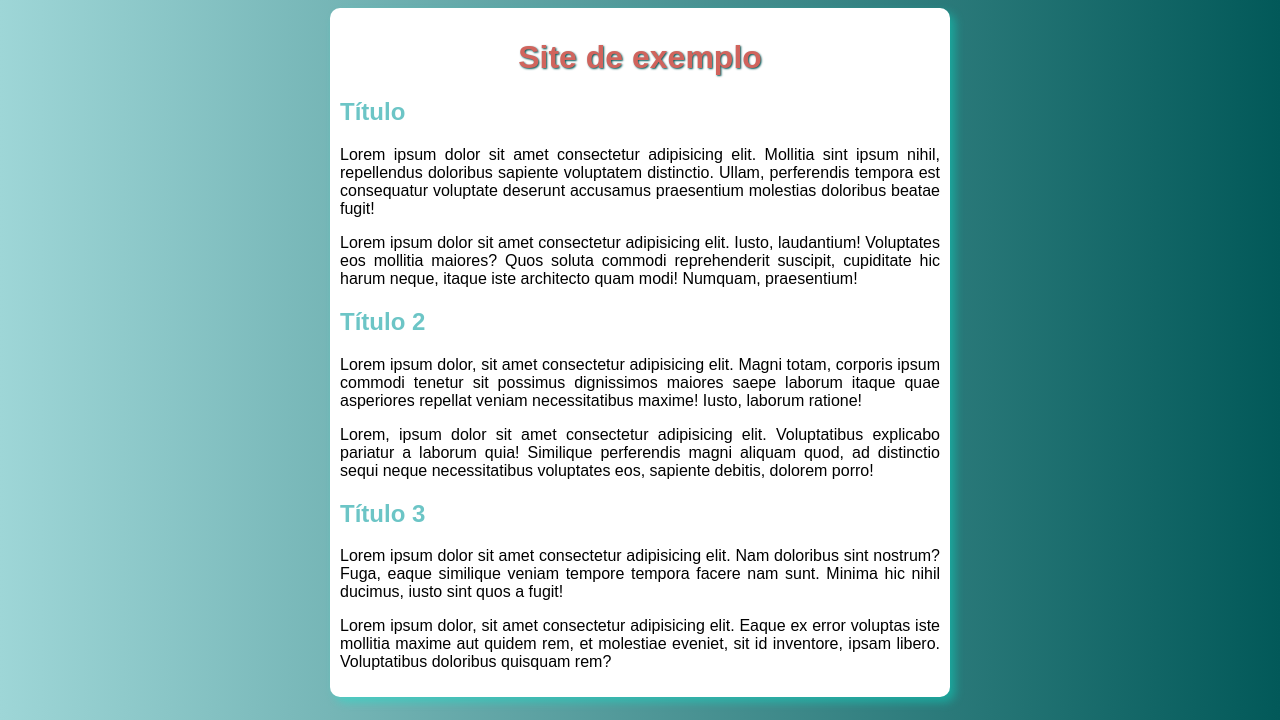
Repository: pheonix5/Estudo
Page: html-css/exercicios/ex016/cor03.html
An editor plug-in stored every save of this project. The page is shown before and after a run of saves, followed by the edit.
The browser window is 1280 px wide. The pictures show the whole page.

Above is the page before, as saved 2023-08-10 21:57:19.

### html-css/exercicios/ex016/cor03.html
<!DOCTYPE html>
<html lang="pt-br">
<head>
  <meta charset="UTF-8">
  <meta name="viewport" content="width=device-width, initial-scale=1.0">
  <title>Site de exemplo</title>
  <link rel="stylesheet" href="style.css">
</head>
<body>
  <main>
    <h1>Site de exemplo</h1>
    <h2>Título</h2>
    <p>Lorem ipsum dolor sit amet consectetur adipisicing elit. Mollitia sint ipsum nihil, repellendus doloribus sapiente voluptatem distinctio. Ullam, perferendis tempora est consequatur voluptate deserunt accusamus praesentium molestias doloribus beatae fugit!</p>
    <p>Lorem ipsum dolor sit amet consectetur adipisicing elit. Iusto, laudantium! Voluptates eos mollitia maiores? Quos soluta commodi reprehenderit suscipit, cupiditate hic harum neque, itaque iste architecto quam modi! Numquam, praesentium!</p>

    <h2>Título 2</h2>
    <p>Lorem ipsum dolor, sit amet consectetur adipisicing elit. Magni totam, corporis ipsum commodi tenetur sit possimus dignissimos maiores saepe laborum itaque quae asperiores repellat veniam necessitatibus maxime! Iusto, laborum ratione!</p>
    <p>Lorem, ipsum dolor sit amet consectetur adipisicing elit. Voluptatibus explicabo pariatur a laborum quia! Similique perferendis magni aliquam quod, ad distinctio sequi neque necessitatibus voluptates eos, sapiente debitis, dolorem porro!</p>
    <h2>Título 3</h2>
    <p>Lorem ipsum dolor sit amet consectetur adipisicing elit. Nam doloribus sint nostrum? Fuga, eaque similique veniam tempore tempora facere nam sunt. Minima hic nihil ducimus, iusto sint quos a fugit!</p>
    <p>Lorem ipsum dolor, sit amet consectetur adipisicing elit. Eaque ex error voluptas iste mollitia maxime aut quidem rem, et molestiae eveniet, sit id inventore, ipsam libero. Voluptatibus doloribus quisquam rem?</p>
  </main>
</body>
</html>

### html-css/exercicios/ex016/style.css
@charset "UTF-8";

*{
  font-family: Arial, Helvetica, sans-serif;
  /* height: 100%; */
}

body{
  background-image: linear-gradient(to right, #9ED6D7 , #025959 );
}

main{
  background-color: #FFF;
  border-radius: 10px;
  box-shadow: 5px 5px 10px rgba(0, 245, 216, 0.384);
  width: 600px;
  padding: 10px;
  margin: auto;
}

h1{
  color: #D1645D;
  text-align: center;
  text-shadow: 1px 1px 2px #025959;
}

h2{
  color: #6CC5C6;
}

p{
  text-align: justify;
}

After the next 2 saves:
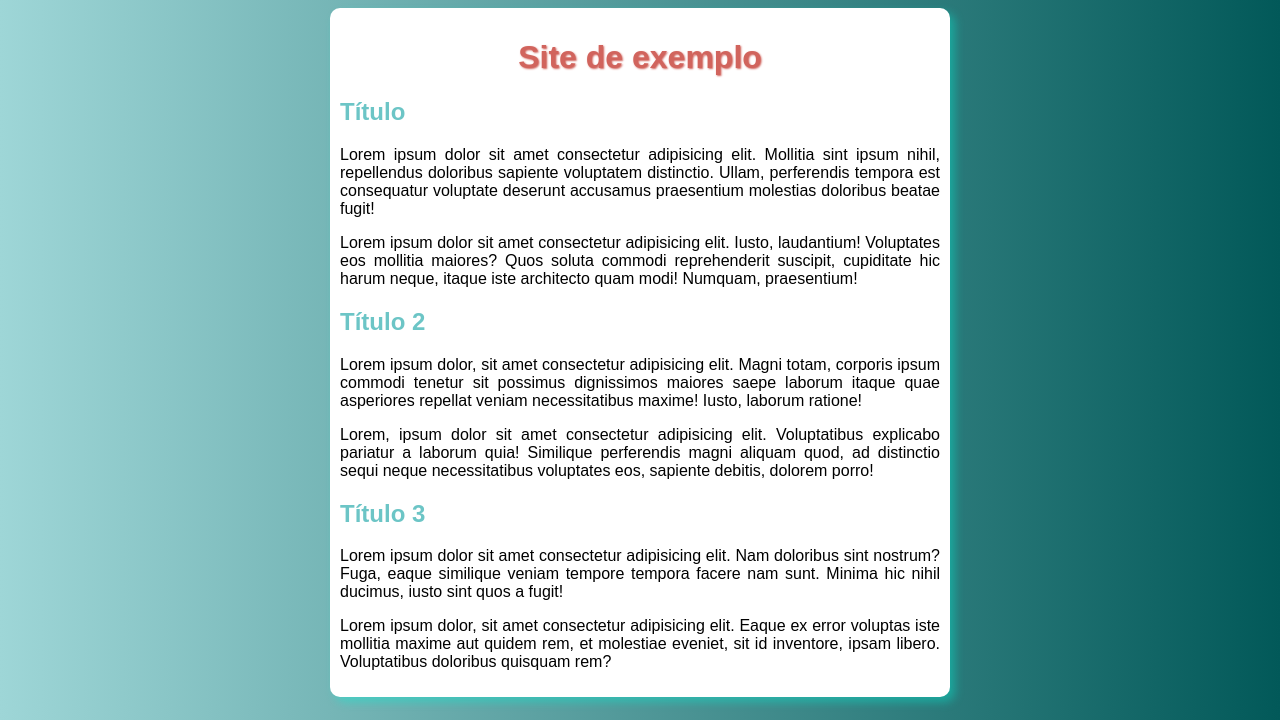
The 2 saves are shown as one change because they came seconds apart.
The last was saved 54 s later.
--- a/html-css/exercicios/ex016/style.css
+++ b/html-css/exercicios/ex016/style.css
@@ -21,7 +21,7 @@ main{
 h1{
   color: #D1645D;
   text-align: center;
-  text-shadow: 1px 1px 2px #025959;
+  text-shadow: 1px 1px 2px #D1645D;
 }
 
 h2{
